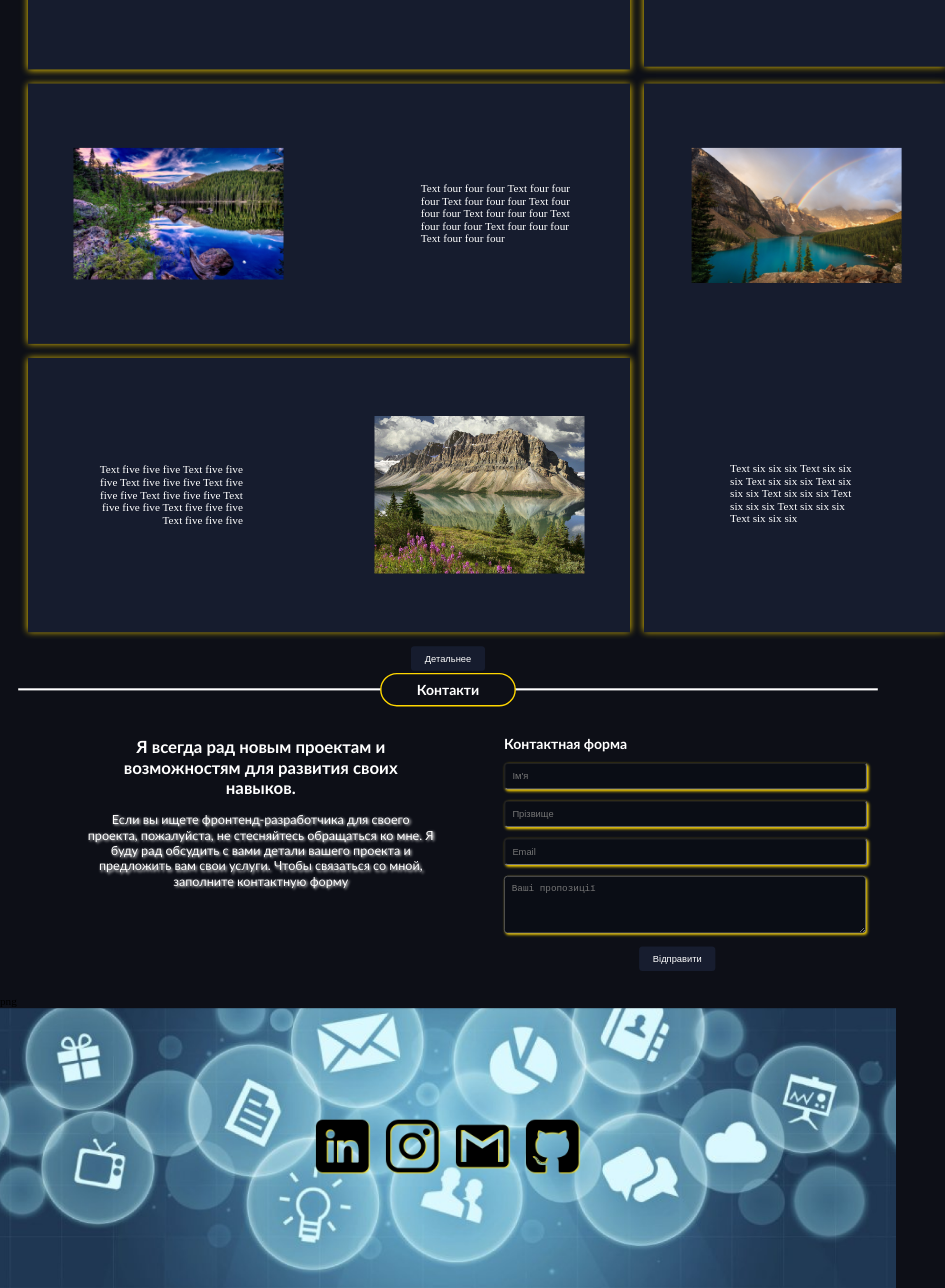
Repository: qtqqrdy13/cv-2
Page: index.html
These files come from the project's save history. The page is drawn as it stood at one moment and after the next save; the edit follows.
The browser window is 1280 px wide. The page is 1350 px wide, so the pictures cover 1350 px, including what lies to the right of the window. The pictures show the part of the page from y = 3646 to 5486 px (the page is 5486 px tall), at 70% of full size.

Above is the page before, as saved 2023-10-12 16:48:01.

### index.html
<!DOCTYPE html>
<html lang="en">

<head>
    <link rel="stylesheet" href="main.css">
    <meta charset="UTF-8">
    <meta name="viewport" content="width=device-width, initial-scale=1.0">
    <title>Батуров Олексій</title>
</head>

<body>
    <!--Navigation-->
    <header>
        <div class="logo">
            <img src="../cv 2/image/media/logo.png" alt="logo">
        </div>
        <nav>
            <ul>
                <li><a href="">Головна</a></li>
                <li><a href="#about">Про мене</a></li>
                <li><a href="#skills">Мої скіли</a></li>
                <li><a href="#portfolio">Портфоліо</a></li>
                <li><a href="">Контакти</a></li>
            </ul>
        </nav>
    </header>
    <!--Navigation-->

    <!--Two images-->
    <div class="container-top">
        <div class="img-container">
            <img class="img-1" src="../cv 2/image/code.gif" alt="">
            <img class="img-2" src="../cv 2/image/photo_2023-09-09_18-51-06.jpg" alt="">
        </div>
        <!--Two images-->

        <!--About Oleksiy-->
        <div class="container-text">
            <div id="about"></div>
            <div class="text-block">
                <h1>Олексій Батуров</h1>
            </div>
        </div>
    </div>
    <div class="description">
        <p>Я професіонал, чия пристрасть до веб-розробки
            помітна в кожному рядку коду, який я створюю.
            За час моєї практики я набув глибоких знань у
            різних галузях веб-технологій, включаючи HTML,
            CSS, JavaScript, а також популярні фреймворки
            та бібліотеки. Мої навички дозволяють мені
            створювати унікальні та сучасні веб-сайти,
            які поєднують у собі функціональність, стиль
            та оптимальну продуктивність. </p>
    </div>
    <!--About Oleksiy-->

    <!--Edge-->
    <div id="about_us">
        <div class="announcement">
            <h2 class="title">
                Скіли
            </h2>
        </div>
    </div>
    <!--Edge-->

    <!--Skills-->
    <div id="skills"></div>
    <div class="container">
        <div class="row">
            <div class="block">
                <h2>Скіли Дизайнера</h2>
                <div class="content">
                    <ul>
                        <li>Figma</li>
                        <li>Photoshop</li>
                        <li>Illustrator</li>
                        <li>Scratch</li>
                        <li>AdobeXD</li>
                        <li>Corel Draw</li>
                    </ul>
                </div>
            </div>
            <div class="block">
                <h2>Скіли Front-End розробника</h2>
                <div class="content">
                    <ul>
                        <li>HTML</li>
                        <li>CSS</li>
                        <li>JavaScript</li>
                        <li>ReactJS</li>
                        <li>ReactNative</li>
                        <li>AngularJS</li>
                        <li>NodeJS</li>
                        <li>VueJS</li>
                        <li>JQuerry</li>
                        <li>TypeScript</li>
                        <li>PHPMyAdmin</li>
                    </ul>
                </div>
            </div>
            <div class="block">
                <h2>Володіння CMS - платформами</h2>
                <div class="content">
                    <ul>
                        <li>WordPress</li>
                        <li>OpenCard</li>
                        <li>Joomla</li>
                        <li>Drupal</li>
                        <li>TYPEO3</li>
                    </ul>
                </div>
            </div>
        </div>
    </div>
    <!--Skills-->

    <!--Edge-->
    <div id="about_us">
        <div class="announcement">
            <h2 class="title">
                Портфоліо
            </h2>
        </div>
    </div>
    <!--Edge-->

    <!--Portfolio-->
    <div class="angry-grid">
        <div id="portfolio"></div>
        <div id="item-0">
            <img src="../cv 2/image/media/1.jpg" alt="Image 0" />
            <p>Text one one one Text one one one Text one one one Text one one one
                Text one one one Text one one one Text one one one Text one one one
            </p>
        </div>
        <div id="item-1">
            <img src="../cv 2/image/media/2.jpg" alt="Image 1" />
            <p>Text two two two Text two two two Text two two two Text two two two
                Text two two two Text two two two Text two two two Text two two two
            </p>
        </div>
        <div id="item-2">
            <div class="content-container">
                <p>Text three three three Text three three three Text three three three
                    Text three three three Text three three three Text three three three
                </p>
                <img src="../cv 2/image/media/3.jpg" alt="Image 2" />
            </div>
        </div>
        <div id="item-3">
            <img src="../cv 2/image/media/4.jpg" alt="Image 3" />
            <p>Text four four four Text four four four Text four four four Text four four four
                Text four four four Text four four four Text four four four Text four four four
            </p>
        </div>
        <div id="item-4">
            <div class="content-container">
                <p>Text five five five Text five five five Text five five five Text five five five
                    Text five five five Text five five five Text five five five Text five five five
                </p>
                <img src="../cv 2/image/media/5.jpg" alt="Image 4" />
            </div>
        </div>
        <div id="item-5">
            <img src="../cv 2/image/media/6.jpg" alt="Image 5" />
            <p>Text six six six Text six six six Text six six six Text six six six
                Text six six six Text six six six Text six six six Text six six six
            </p>
        </div>
    </div>

    <div class="detail-button">
        <button>Детальнее</button>
    </div>
    <!--Portfolio-->
    <!--Edge-->
    <div id="about_us">
        <div class="announcement">
            <h2 class="title">
                Контакти
            </h2>
        </div>
    </div>
    <!--Edge-->
    </div>
    <div class="container_contact">
        <div class="text">
            <h2>Я всегда рад новым проектам и возможностям для развития своих навыков. </h2>
            <p>Если вы ищете фронтенд-разработчика для своего проекта, пожалуйста, не стесняйтесь обращаться ко мне. Я
                буду рад обсудить с вами детали вашего проекта и предложить вам свои услуги.

                Чтобы связаться со мной, заполните контактную форму</p>
        </div>
        <div class="form">
            <h2>Контактная форма</h2>
            <form method="post">
                <div class="form-group">
                    <input type="text" id="name" name="name" placeholder="Ім'я" required>
                </div>
                <div class="form-group">
                    <input type="text" id="secondname" name="secondname" placeholder="Прізвище" required>
                </div>
                <div class="form-group">
                    <input type="text" id="email" name="email" placeholder="Email">
                </div>
                <div class="form-group">
                    <textarea id="message" name="message" rows="4" placeholder="Ваші пропозиції" required></textarea>
                </div>
                <div class="form-group">
                    <button type="submit">Відправити</button>
                </div>
            </form>
        </div>
    </div>png
    <footer>
        <div class="social_icons">
            <a href="" class="icon">
                <img src="./image/icons/linkedin 1.png" alt="">
            </a>
            <a href="" class="icon">
                <img src="./image/icons/instagram 1.png" alt="">
            </a>
            <a href="" class="icon">
                <img src="./image/icons/gmail-logo 1.png" alt="">
            </a>
            <a href="" class="icon">
                <img src="./image/icons/github-sign 1.png" alt="">
            </a>

        </div>
    </footer>
</body>

</html>

### main.css
body {
    background-color: #0d0f17;
    margin: 0;
    padding: 0;

}

/*Navigation*/
header {
    background-color: #161C2E;
    color: white;
    padding: 10px 0px;
    position: fixed;
    top: 0;
    width: 100%;
    display: flex;
    justify-content: space-between;
    align-items: center;
    z-index: 1000;
}

.logo img {
    height: 50px;
    margin-left: 50px;
}

nav ul {
    list-style: none;
    margin-right: 50px;
}

nav li {
    display: inline;
    margin-right: 50px;
    position: relative; /* Добавляем позицию относительно элементов меню */
}

nav a {
    text-decoration: none;
    color: white;
    font-weight: bold;
    font-size: 18px;
}

nav a:hover {
    color: gold;
    font-size: 18px;
    text-shadow: 0 0 10px gold;
    transform: scale(1.05);
    transition: transform 0.6s ease-in-out;
}

/* Добавляем стили для анимации */
nav li::before {
    content: "";
    position: absolute;
    width: 100%;
    height: 2px;
    background-color: gold;
    bottom: 0;
    left: 0;
    transform: scaleX(0); /* Изначально нулевая ширина */
    transform-origin: right;
    transition: transform 0.3s ease-in-out;
}

nav li::after {
    content: "";
    position: absolute;
    width: 100%;
    height: 2px;
    background-color: gold;
    bottom: 0;
    right: 0;
    transform: scaleX(0); /* Изначально нулевая ширина */
    transform-origin: left;
    transition: transform 0.3s ease-in-out;
}

nav li:hover::before,
nav li:hover::after {
    transform: scaleX(1); /* Увеличиваем ширину до 100% */
}


/*Two images*/
.container-top {
    display: flex;
    flex-direction: column;
    align-items: center;
    width: 100%;
    overflow: visible;
    position: relative;
}

.img-container {
    width: 100%;
    max-width: 100vw;
    position: relative;
    overflow: visible;
    order: 1;
}

.img-1 {
    width: 100%;
    height: 500px;
    position: relative;
}
.img-1:hover{
    animation: slideUp 2s ease-in-out infinite alternate;
}

.img-2 {
    width: 400px;
    height: 400px;
    max-width: 100%;
    position: absolute;
    top: calc(60% + 10%);
    left: 50%;
    transform: translateX(-50%);
    z-index: 2;
    border-radius: 50%;
    transition: transform 0.5s ease;
}

.img-2:hover {
    transform: translateX(-50%) rotate(360deg);
    animation: spin 2s linear infinite;
}

@keyframes spin {
    0% { transform: translateX(-50%) rotate(0deg); }
    100% { transform: translateX(-50%) rotate(360deg); }
}

@keyframes slideUp {
    0% {
        transform: translateY(0);
    }

    100% {
        transform: translateY(-20px);
    }
}

@media screen and(max-width: 768px) {
    .container {
        padding: 2px;
    }

    .img-1,
    .img-2 {
        height: auto;
    }
}

/*About Oleksiy*/
.container-text {
    display: flex;
    flex-direction: column;
    align-items: center;
    justify-content: center;
    height: 100vh;
    order: 2;
}

.text-block {
    width: 530px;
    height: 214px;
    font-size: 60px;
    text-align: center;
    color: white;
    animation: fadeIn 2s ease-in-out;
    margin: 0 auto;
}

.description {
    width: 700px;
    height: 256px;
    text-align: center;
    color: white;
    animation: slideIn 2s ease-in-out;
    margin: 0 auto;
    margin-bottom: 10%;
}

@keyframes fadeIn {
    0% {
        opacity: 0;
    }

    100% {
        opacity: 1;
    }
}

@keyframes slideIn {
    0% {
        transform: translateY(-20px);
        opacity: 0;
    }

    100% {
        transform: translateY(0);
        opacity: 1;
    }
}

/* Адаптация для мелких скринов */
@media (max-width: 600px) {
    .text-block {
        font-size: 36px;
    }

    .description {
        font-size: 18px;
    }
}

/* Адаптация для планшей */
@media (min-width: 601px) and (max-width: 1024px) {
    .text-block {
        font-size: 48px;
    }

    .description {
        font-size: 24px;
    }
}

@media (min-width: 1025px) {
    .text-block {
        font-size: 72px;
    }

    .description {
        font-size: 30px;
    }
}

/*Edge*/
.announcement {
    height: 3px;
    background-color: white;
    display: flex;
    justify-content: center;
    align-items: center;
    margin: 2% 2%;
}

.title {
    animation-name: fade-in;
    animation-duration: 0.3s;
    text-align: center;
    text-decoration: none;
    color: white;
    border: 2px solid gold;
    background-color: #0d0f17;
    border-radius: 30px;
    padding: 10px 50px;
}

.title:hover {

    color: gold;
    font-size: 26px;
    box-shadow: 0 0 6px gold;
}

@keyframes fade-in {
    from {
        opacity: 0;
    }

    to {
        opacity: 1;
    }
}

/*Skills*/
.container {
    display: flex;
    flex-direction: column;
    align-items: center;
}

.row {
    display: flex;
    flex-wrap: wrap;
    justify-content: space-between;
}

.block {
    border: 2px solid gold;
    margin: 10px;
    padding: 20px;
    animation: fade-in 1s ease-in-out;
    width: calc(50% - 20px);
    height: 400px;
    box-shadow: 1px 1px 6px gold;
    text-align: center;
    box-sizing: border-box;
    display: flex;
    flex-direction: column;
    justify-content: flex-start;
    align-items: center;
}

.block:hover {
    box-shadow: 2px 2px 12px gold;
}

h2 {
    font-size: 20px;
    font-family: 'Trebuchet MS', 'Lucida Sans Unicode', 'Lucida Grande', 'Lucida Sans', Arial, sans-serif;
    margin-top: 10px 0 0 0;
    color: white;
}

.content {
    display: flex;
    flex-direction: column;
    align-items: center;
    justify-content: center;
    height: 100%;
}

.content ul {
    list-style-type: square;
    padding-left: 20px;
    margin: 0;
}

h2:hover {
    font-size: 21px;
    text-shadow: 0px 0px 12px white;
}

.content li {
    font-size: 18px;
    color: white;
}

.content li:hover {
    font-size: 19px;
    text-shadow: 0px 0px 12px white;
}

@keyframes fade-in {
    0% {
        opacity: 0;
    }

    100% {
        opacity: 1;
    }
}

@media screen and (max-width: 1024px) {
    .block {
        padding: 10px;
        width: calc(50% - 20px);
        height: 250px;
    }

    .block h2 {
        font-size: 18px;
    }

    .content li {
        font-size: 16px;
    }
}

@media screen and (max-width: 750px) {
    .block {
        padding: 10px;
        width: calc(50% - 20px);
        height: 200px;
    }

    .block h2 {
        font-size: 16px;
    }

    .content li {
        font-size: 14px;
    }
}


@media screen and (min-width: 1200px) {
    .block {
        width: 400px;
        height: 400px;
    }

    .row {
        justify-content: center;
        width: calc(65% - 10px)
    }
}

/*Portfolio*/
.angry-grid {
    display: grid;
    grid-template-rows: 1fr 1fr 1fr 1fr;
    grid-template-columns: 1fr 1fr 1fr 1fr 1fr;
    margin: 0 auto;
    max-width: 1200px;
    padding: 0 15px;
}

#item-0 {
    background-color: #161C2E;
    grid-row-start: 1;
    grid-column-start: 1;
    grid-row-end: 2;
    grid-column-end: 3;
    margin-bottom: 20px;
    width: 860px;
    height: 370px;
    box-shadow: 0 0 10px gold;
    display: grid;
    grid-template-columns: 3fr 1fr;
    align-items: center;
    transition: transform 0.6s ease-in-out;
}

#item-0:hover {
    box-shadow: 0 0 18px gold;
    border-radius: 10px;
    transform: scale(1.05);
}

#item-0 img {
    max-width: 300px;
    max-height: 300px;
    margin-left: 65px;
}

#item-0 p {
    margin-right: 90px;
    margin-left: -90px;
    color: white;
}

#item-1 {
    background-color: #161C2E;
    grid-row-start: 1;
    grid-column-start: 3;
    grid-row-end: 3;
    grid-column-end: 4;
    margin-left: 20px;
    width: 430px;
    height: 760px;
    box-shadow: 0 0 10px gold;
    display: grid;
    grid-template-columns: 1fr;
    grid-template-rows: 1fr auto;
    align-items: center;
    justify-items: center;
    transition: transform 0.6s ease-in-out;
}

#item-1:hover {
    box-shadow: 0 0 18px gold;
    border-radius: 10px;
    transform: scale(1.05);
}

#item-1 img {
    max-width: 300px;
    max-height: 300px;
    margin-top: -100px;

}

#item-1 p {
    margin-right: 90px;
    margin-bottom: 125px;
    margin-left: 100px;
    color: white;
    padding: 20px;
}

#item-2 {
    background-color: #161C2E;
    grid-row-start: 2;
    grid-column-start: 1;
    grid-row-end: 3;
    grid-column-end: 3;
    margin-bottom: 20px;
    box-shadow: 0 0 10px gold;
    display: grid;
    grid-template-columns: 1fr;
    align-items: center;
    transition: transform 0.6s ease-in-out;
}

#item-2 .content-container {
    display: flex;
    flex-direction: row;
    align-items: center;
    justify-content: space-between;
}

#item-2 img {
    max-width: 300px;
    max-height: 300px;
    margin-right: 65px;
}

#item-2 p {
    flex: 1;
    margin-right: 20px;
    color: white;
    text-align: right;
    margin-right: 100px;
    padding: 94px;
}

#item-2:hover {
    box-shadow: 0 0 18px gold;
    border-radius: 10px;
    transform: scale(1.05);
}

#item-3 {
    background-color: #161C2E;
    grid-row-start: 3;
    grid-column-start: 1;
    grid-row-end: 4;
    grid-column-end: 3;
    margin-bottom: 20px;
    box-shadow: 0 0 10px gold;
    display: flex;
    align-items: center;
    justify-content: center;
    transition: transform 0.6s ease-in-out;
}

#item-3:hover {
    box-shadow: 0 0 18px gold;
    border-radius: 10px;
    transform: scale(1.05);
}

#item-3 img {
    max-width: 300px;
    max-height: 300px;
    margin-left: 65px;
}

#item-3 p {
    margin-right: -50px;
    margin-left: 71px;
    color: white;
    padding: 125px;
}

#item-4 {
    background-color: #161C2E;
    grid-row-start: 4;
    grid-column-start: 1;
    grid-row-end: 5;
    grid-column-end: 3;
    box-shadow: 0 0 10px gold;
    display: grid;
    grid-template-columns: 1fr auto;
    align-items: center;
    transition: transform 0.6s ease-in-out;
}

#item-4 .content-container {
    display: flex;
    flex-direction: row;
    align-items: center;
    justify-content: space-between;
    flex-wrap: nowrap;
}

#item-4 img {
    max-width: 300px;
    max-height: 300px;
    margin-right: 65px;
}

#item-4 p {
    color: white;
    text-align: right;
    margin-right: 129px;
    margin-left: 43px;
    padding: 59px;
}

#item-4:hover {
    box-shadow: 0 0 18px gold;
    border-radius: 10px;
    transform: scale(1.05);
}

#item-5 {
    background-color: #161C2E;
    grid-row-start: 3;
    grid-column-start: 3;
    grid-row-end: 5;
    grid-column-end: 4;
    margin-left: 20px;
    box-shadow: 0 0 10px gold;
    display: grid;
    grid-template-rows: 1fr auto;
    justify-content: center;
    align-items: center;
    align-content: space-between;
    transition: transform 0.6s ease-in-out;
}

#item-5 img {
    max-width: 300px;
    max-height: 300px;
    margin-top: -124px;
    margin-left: 68px;
}

#item-5 p {
    margin-right: 90px;
    margin-bottom: 130px;
    margin-left: 100px;
    color: white;
    padding: 23px;
}

#item-5:hover {
    box-shadow: 0 0 18px gold;
    border-radius: 10px;
    transform: scale(1.05);
}

@media (max-width: 768px) {
    .angry-grid {
        grid-template-columns: 1fr 1fr;
        max-width: 768px;
        margin-left: 0;
    }
}

@media (min-width: 1313px) {
    .angry-grid {
        max-width: 1313px;
        padding: 45px 20px;
    }
}

/* Стили для .detail-button */
.detail-button {
    text-align: center;
    margin-top: 20px;
}

.detail-button button {
    padding: 10px 20px;
    background-color: #161C2E;
    color: white;
    border: none;
    border-radius: 5px;
    cursor: pointer;
}

.detail-button button:hover {
    background-color: #161C2E;
    box-shadow: 0 0 12px white;
}
.container_contact {
    display: flex;
    justify-content: space-between;
    border-radius:15px;
    padding:0 45px;

}
.text h2{
    color:white;
    font-size:24px;

}
.text p{
    color:white;
    font-size:18px;
    font-family:'Trebuchet MS', 'Lucida Sans Unicode', 'Lucida Grande', 'Lucida Sans', Arial, sans-serif;
    text-shadow:2px 2px 4px white;
}
.text {
    flex: 1;
    padding:20px 80px;
    text-align: center;

}

.form {
    flex: 1;
    padding: 20px;
    border-radius: 5px;
    border:none;
}

.form-group {
    margin-bottom: 15px;
}

.form-group label {
    display: block;
    margin-bottom: 5px;
    font-weight: bold;

}

.form-group input[type="text"],
.form-group textarea {
    width: 100%;
    padding: 10px;
    border-radius: 5px;
    background-color:#0a0d15;
    box-shadow:2px 2px 4px gold;
}

.form-group button {
    background-color: #171d2f;
    display:flex;
    align-items: center;
    justify-content: center;
    color: #fff;
    border: none;
    padding: 10px 20px;
    border-radius: 5px;
    cursor: pointer;

    margin: 0 auto;
}

.form-group button:hover {
    box-shadow: 2px 2px 4px gold;


}
footer{
    margin: 0;
    width: 100%;
    height:400px;
    background-image:url('./image/icons/13123213213213213.png');
    position: relative;
    background-position: center center;
}
.social_icons{
    position:absolute;
    top:50%;
    left: 50%;
    transform:translate(-50%, -50%);
    display: flex;
    justify-content: center;
    align-items: center;
}
.social_icons a{
    margin:0 10px;
}
.social_icons img{
    width: 80px;
    height: 80px;
    transition: transform 0.6s ease-in-out;
}
.social_icons img:hover{
    transform: scale(1.2);


}

After the next save:
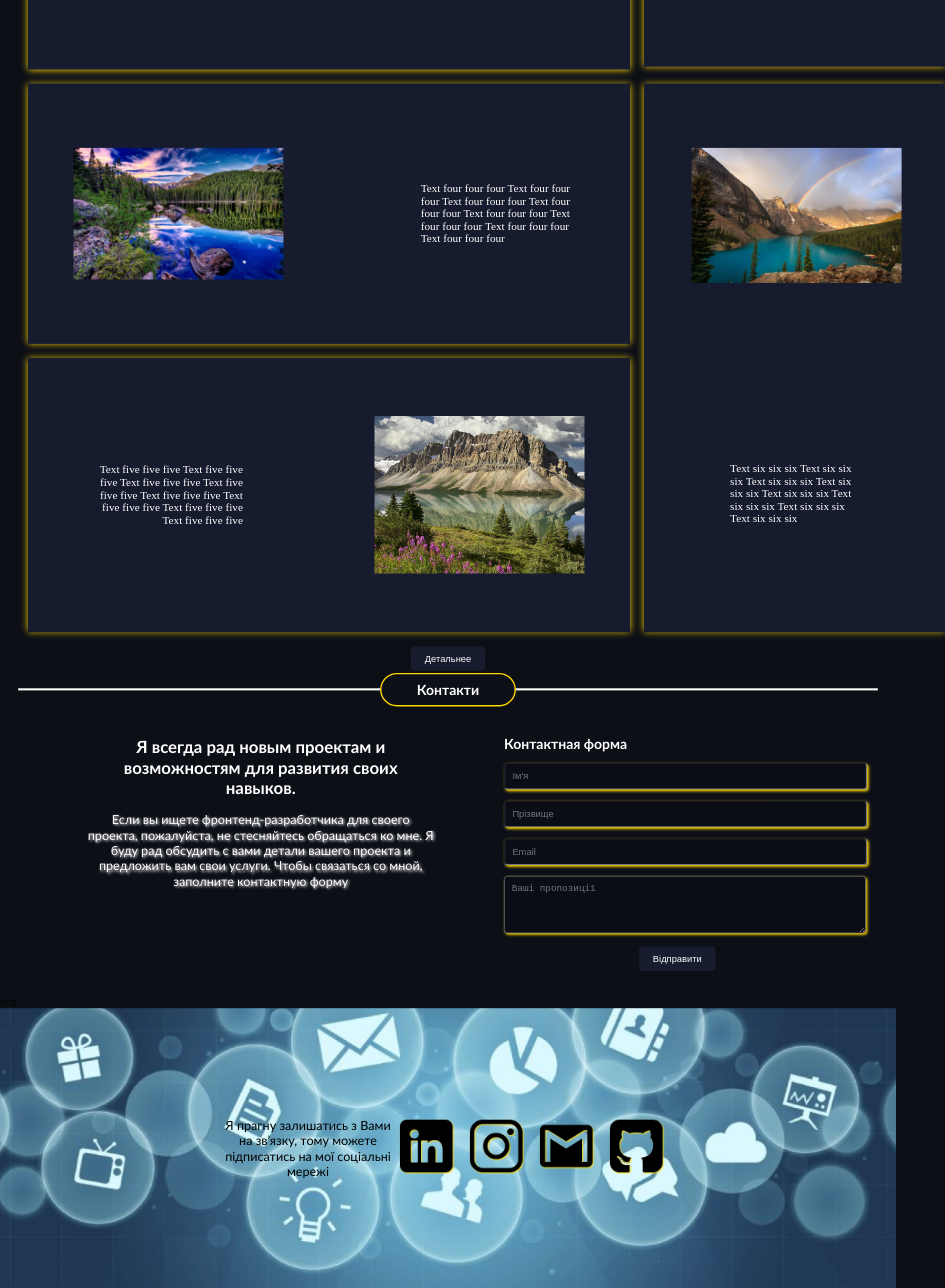
Saved 84 s later.
--- a/index.html
+++ b/index.html
@@ -216,6 +216,7 @@
     </div>png
     <footer>
         <div class="social_icons">
+            <p>Я прагну залишатись з Вами на зв’язку, тому можете підписатись на мої соціальні мережі</p>
             <a href="" class="icon">
                 <img src="./image/icons/linkedin 1.png" alt="">
             </a>
--- a/main.css
+++ b/main.css
@@ -772,3 +772,8 @@ footer{
 
 
 }
+.social_icons p{
+    font-size:18px;
+    text-align: center;
+    font-family: 'Trebuchet MS', 'Lucida Sans Unicode', 'Lucida Grande', 'Lucida Sans', Arial, sans-serif;
+}
